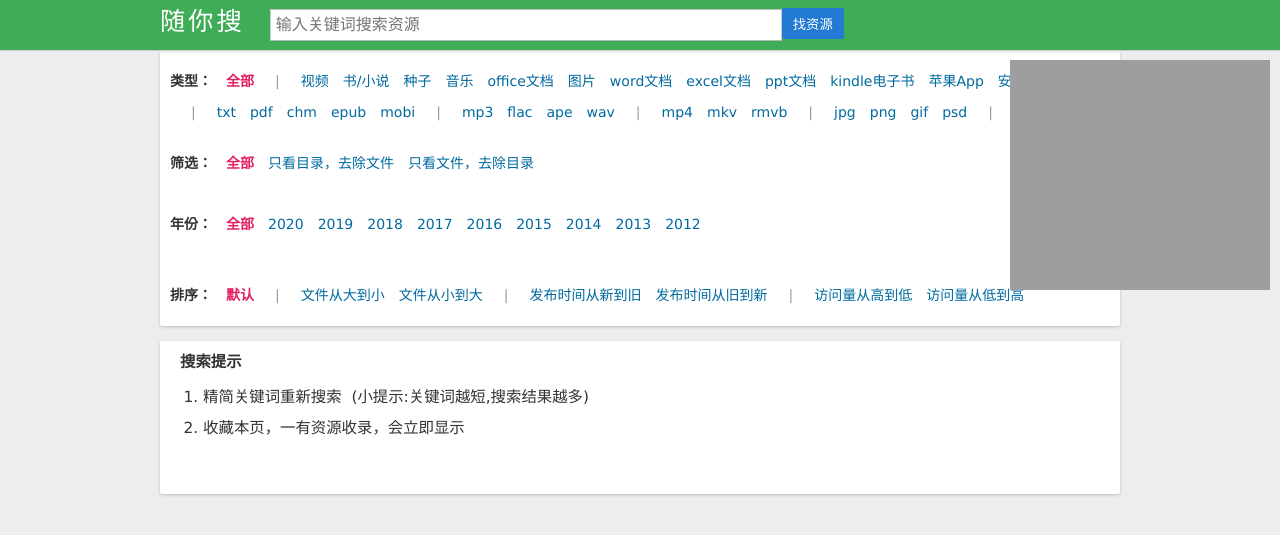
Repository: youngsailsail/nodeStudy
Page: / (app in 爬虫/前端vue/search-book/)
An editor plug-in stored every save of this project. The page is shown before and after the next save, followed by the edit.
The browser window is 1280 px wide. The pictures show the whole page.
Pictures or frames that could not be fetched are drawn as grey boxes. The project was rebuilt for these pictures with package versions that can differ from the ones it lists, and the page was loaded fresh each time. Also part of the build but not shown: 爬虫/前端vue/search-book/vue.config.js.

Above is the page before, as saved 2020-05-09 22:45:44.

### 爬虫/前端vue/search-book/src/App.vue
<template>
  <div id="app">
    <Search />
    <FilterBook />
    <List />
  </div>
</template>

<script>
import Search from "./components/Search.vue";
import FilterBook from "./components/FilterBook.vue";
import List from "./components/List.vue";

export default {
  name: "App",
  components: {
    Search,
    FilterBook,
    List
  }
};
</script>

<style>
@import "./assets/css/screen.css";
@import "./assets/css/app.css";
</style>

### 爬虫/前端vue/search-book/src/assets/css/screen.css
/* reset.css */
html {margin:0;padding:0;border:0;}
body, div, span, object, iframe, h1, h2, h3, h4, h5, h6, p, blockquote, pre, a, abbr, acronym, address, code, del, dfn, em, img, q, dl, dt, dd, ol, ul, li, fieldset, form, label, legend, table, caption, tbody, tfoot, thead, tr, th, td, article, aside, dialog, figure, footer, header, hgroup, nav, section {margin:0;padding:0;border:0;font-size:100%;font:inherit;vertical-align:baseline;}
body {line-height:1.5;background:white;}
table {border-collapse:separate;border-spacing:0;}
caption, th, td {text-align:left;font-weight:normal;float:none !important;}
table, th, td {vertical-align:middle;}
blockquote:before, blockquote:after, q:before, q:after {content:'';}
blockquote, q {quotes:"" "";}
a img {border:none;}
:focus {outline:0;}

/* typography.css */
html {font-size:100.01%;}
body {font-size:75%;color:#222;background:#fff;font-family:"Helvetica Neue", Arial, Helvetica, sans-serif;}
a {color:#336699;text-decoration:none;}
a:focus, a:hover {color:#fff;background-color:#336699;}
h1, h2, h3, h4, h5, h6 {font-weight:normal;color:#111;}
h1 {font-size:3em;line-height:1;margin-bottom:0.5em;}
h2 {font-size:2em;margin-bottom:0.75em;}
h3 {font-size:1.5em;line-height:1;margin-bottom:1em;}
h4 {font-size:1.2em;line-height:1.25;margin-bottom:1.25em;}
h5 {font-size:1em;font-weight:bold;margin-bottom:1.5em;}
h6 {font-size:1em;font-weight:bold;}
h1 img, h2 img, h3 img, h4 img, h5 img, h6 img {margin:0;}
p {margin:0 0 1.5em;}
p .left {margin:1.5em 1.5em 1.5em 0;padding:0;}
p .right {margin:1.5em 0 1.5em 1.5em;padding:0;}
img.left {float:left;margin:1.5em 1.5em 1.5em 0;padding:0;}
img.right {float:right;margin:1.5em 0 1.5em 1.5em;}
blockquote {margin:1.5em;color:#666;font-style:italic;}
strong,dfn {font-weight:bold;}
em, dfn {font-style:italic;}
sup, sub {line-height:0;}
abbr, acronym {border-bottom:1px dotted #666;}
address {margin:0 0 1.5em;font-style:italic;}
del {color:#666;}
pre {margin:1.5em 0;white-space:pre;}
pre, code, tt {font:1em 'andale mono', 'lucida console', monospace;line-height:1.5;}
li ul, li ol {margin:0;}
ul, ol {margin:0;}
ul {list-style-type:disc;}
ol {list-style-type:decimal;}
dl {margin:0 0 1.5em 0;}
dl dt {font-weight:bold;}
dd {margin-left:1.5em;}
table {width:100%;}
th {font-weight:bold;}
thead th {background:#c3d9ff;}
th, td, caption {padding:4px 10px 4px 5px;}
tr.even td {background:#e5ecf9;}
tfoot {font-style:italic;}
caption {background:#eee;}

/* forms.css */
label {font-weight:bold;}
fieldset {padding:0 1.4em 1.4em 1.4em;margin:0 0 1.5em 0;border:1px solid #e0e0e0;}
legend {font-weight:bold;font-size:1.2em;margin-top:-0.2em;margin-bottom:1em;}
fieldset, #IE8#HACK {padding-top:1.4em;}
legend, #IE8#HACK {margin-top:0;margin-bottom:0;}
input[type=text], input[type=password], input[type=url], input[type=email], input.text, input.title, textarea {background-color:#fff;border:1px solid #e0e0e0;color:#000;}
input[type=text]:focus, input[type=password]:focus, input[type=url]:focus, input[type=email]:focus, input.text:focus, input.title:focus, textarea:focus {border-color:#7FB9F8;}
select {background-color:#fff;border-width:1px;border-style:solid;}
input[type=text], input[type=password], input[type=url], input[type=email], input.text, input.title, textarea, select {margin:0.5em 0;}
textarea.text, textarea.title input.text, input.title {width:300px;padding:5px;}
textarea.title, input.title {font-size:1.5em;}
textarea {width:390px;height:250px;padding:5px;}
form.inline {line-height:3;}
form.inline p {margin-bottom:0;}

/* grid.css */
.container {width:990px;margin:0 auto;}
.column, div.span-1, div.span-2, div.span-3, div.span-4, div.span-5, div.span-6, div.span-7, div.span-8, div.span-9, div.span-10, div.span-11, div.span-12, div.span-13, div.span-14, div.span-15, div.span-16, div.span-17, div.span-18, div.span-19, div.span-20, div.span-21, div.span-22, div.span-23, div.span-24 {float:left;}
.last, div.last {margin:0 0 0 10px;}
.span-1 {width:50px;}
.span-2 {width:90px;}
.span-3 {width:130px;}
.span-4 {width:185px;}
.span-5 {width:210px;}
.span-6 {width:260px;}
.span-7 {width:290px;}
.span-8 {width:330px;}
.span-9 {width:370px;}
.span-10 {width:410px;}
.span-11 {width:435px;}
.span-12 {width:480px;}
.span-13 {width:515px;}
.span-14 {width:555px;}
.span-15 {width:595px;}
.span-16 {width:635px;}
.span-17 {width:675px;}
.span-18 {width:720px;}
.span-19 {width:770px;}
.span-20 {width:795px;}
.span-21 {width:835px;}
.span-22 {width:875px;}
.span-23 {width:915px;}
.span-24, div.span-24 {width:990px;margin:0;}
hr {background:#ddd;color:#ddd;clear:both;float:none;width:100%;height:.1em;margin:0 0 1.45em;border:none;}
hr.space {background:#fff;color:#fff;}
.container:after {content:"\0020";display:block;height:0;clear:both;visibility:hidden;overflow:hidden;}
.container {display:block;}

### 爬虫/前端vue/search-book/src/components/Search.vue
<template>
  <div class="top-fix-nav">
    <div class="container no-c-border">
      <span class="name">
        <a href="http://www.rufengso.net/">随你搜</a>
      </span>
      <form style="display:inline" @submit.prevent="submit">
        <input
          placeholder="输入关键词搜索资源"
          autocomplete="off"
          maxlength="255"
          type="text"
          class="title"
          name="n"
          v-model="searchTxt"
        />
        <input type="submit" class="s_btn" value="找资源" />
        <!-- <input type="checkbox" id="close_sug" class="sep-left1" checked="checked" />
        <span class="white small2">关闭搜索提示</span>-->
      </form>
    </div>
  </div>
</template>
<script>
import { mapActions } from "vuex";
export default {
  data() {
    return {
      searchTxt: ""
    };
  },
  methods: {
    ...mapActions(["getListData"]),
    submit(e) {
      if (!this.searchTxt) {
        alert("请先输入资源名称");
        return;
      }
      const query = {
        n: this.searchTxt,
        isSearch: true
      };
      this.getListData(query);
    }
  }
};
</script>

### 爬虫/前端vue/search-book/src/components/FilterBook.vue
<template>
  <div class="container sep15-">
    <div class="iframe">
      <iframe height="230" width="260" src="https://www.ximalaya.com/thirdparty/player/album/player.html?id=34013148&type=red" frameborder=0 allowfullscreen></iframe>
    </div>
    <div class="search-toolbox">
      <div class="sep sep1">
        <b>类型：</b>
        <a class="on sep1 isAll" rel="nofollow" data="f-">全部</a>
        <span class="sep">|</span>
        <a rel="nofollow" data="f-f4" title="搜索文件类型：mp4 mkv rmvb avi flv vob mpg">视频</a>
        <a rel="nofollow" data="f-f2" title="搜索文件类型：txt pdf chm rtf epub mobi azw azw3 kfx">书/小说</a>
        <a rel="nofollow" data="f-f5" title="搜索文件类型：torrent">种子</a>
        <a rel="nofollow" data="f-f3" title="搜索文件类型：mp3 flac ape wav">音乐</a>
        <a rel="nofollow" data="f-f1" title="搜索文件类型：doc docx xls xlsx ppt pptx wps">office文档</a>
        <a rel="nofollow" data="f-f6" title="搜索文件类型：jpg jpeg png gif bmp">图片</a>
        <a rel="nofollow" data="f-f7" title="搜索文件类型：doc docx">word文档</a>
        <a rel="nofollow" data="f-f8" title="搜索文件类型：xls xlsx">excel文档</a>
        <a rel="nofollow" data="f-f9" title="搜索文件类型：ppt pptx">ppt文档</a>
        <a rel="nofollow" data="f-f10" title="搜索文件类型：mobi azw azw3 kfx">kindle电子书</a>
        <a rel="nofollow" data="f-f11" title="搜索文件类型：ipa">苹果App</a>
        <a rel="nofollow" data="f-f12" title="搜索文件类型：apk">安卓App</a>
        <a rel="nofollow" data="f-f13" title="搜索文件类型：zip rar 7z gzip tar gz bz2">压缩包</a>
        <span class="sep">|</span>
        <a rel="nofollow" data="f-txt">txt</a>
        <a rel="nofollow" data="f-pdf">pdf</a>
        <a rel="nofollow" data="f-chm">chm</a>
        <a rel="nofollow" data="f-epub">epub</a>
        <a rel="nofollow" data="f-mobi">mobi</a>
        <span class="sep">|</span>
        <a rel="nofollow" data="f-mp3">mp3</a>
        <a rel="nofollow" data="f-flac">flac</a>
        <a rel="nofollow" data="f-ape">ape</a>
        <a rel="nofollow" data="f-wav">wav</a>
        <span class="sep">|</span>
        <a rel="nofollow" data="f-mp4">mp4</a>
        <a rel="nofollow" data="f-mkv">mkv</a>
        <a rel="nofollow" data="f-rmvb">rmvb</a>
        <span class="sep">|</span>
        <a rel="nofollow" data="f-jpg">jpg</a>
        <a rel="nofollow" data="f-png">png</a>
        <a rel="nofollow" data="f-gif">gif</a>
        <a rel="nofollow" data="f-psd">psd</a>
        <span class="sep">|</span>
        <a rel="nofollow" data="f-rar">rar</a>
        <a rel="nofollow" data="f-zip">zip</a>
        <a rel="nofollow" data="f-7z">7z</a>
      </div>
      <div class="sep sep2">
        <b>筛选：</b>
        <a class="on sep2 isAll" rel="nofollow" data="nd-">全部</a>
        <a rel="nofollow" data="nd-d">只看目录，去除文件</a>
        <a rel="nofollow" data="nd-f">只看文件，去除目录</a>
      </div>
      <div class="sep sep3">
        <b>年份：</b>
        <a class="on sep3 isAll" rel="nofollow" data="y-" title="只看全部年分享的资源">全部</a>
        <a rel="nofollow" data="y-2020" title="只看2020年分享的资源">2020</a>
        <a rel="nofollow" data="y-2019" title="只看2019年分享的资源">2019</a>
        <a rel="nofollow" data="y-2018" title="只看2018年分享的资源">2018</a>
        <a rel="nofollow" data="y-2017" title="只看2017年分享的资源">2017</a>
        <a rel="nofollow" data="y-2016" title="只看2016年分享的资源">2016</a>
        <a rel="nofollow" data="y-2015" title="只看2015年分享的资源">2015</a>
        <a rel="nofollow" data="y-2014" title="只看2014年分享的资源">2014</a>
        <a rel="nofollow" data="y-2013" title="只看2013年分享的资源">2013</a>
        <a rel="nofollow" data="y-2012" title="只看2012年分享的资源">2012</a>
      </div>
      <div class="sep sep4">
        <b>排序：</b>
        <a class="on sep4 isAll" rel="nofollow" data="s-" isAll>默认</a>
        <span class="sep">|</span>
        <a rel="nofollow" data="s-size1">文件从大到小</a>
        <a rel="nofollow" data="s-size2">文件从小到大</a>
        <span class="sep">|</span>
        <a rel="nofollow" data="s-feedtime1">发布时间从新到旧</a>
        <a rel="nofollow" data="s-feedtime2">发布时间从旧到新</a>
        <span class="sep">|</span>
        <a rel="nofollow" data="s-vcnt1">访问量从高到低</a>
        <a rel="nofollow" data="s-vcnt2">访问量从低到高</a>
      </div>
    </div>
  </div>
</template>
<script>
import { mapState, mapActions, mapMutations } from "vuex";
export default {
  data() {
    return {
      queryObj: {}
    };
  },
  computed: {
    ...mapState(["listData"])
  },
  mounted() {
    let that = this;
    document.querySelectorAll(".search-toolbox a").forEach(element => {
      element.addEventListener("click", function() {
        let parentClass = this.parentNode.classList[1];
        let selectClass = `.on.${parentClass}`;
        if (document.querySelector(selectClass)) {
          document
            .querySelector(selectClass)
            .classList.remove("on", parentClass);
        }
        this.classList.add("on", parentClass);
        let [key, val] = this.getAttribute("data").split("-");
        that.queryObj = {
          ...that.queryObj,
          [key]: val
        };
        that.getData();
      });
    });
  },
  watch: {
    listData(newVal, oldVal) {
      if (!newVal) return;
      const { isSearch } = newVal;
      if (isSearch) {
        this.queryObj = {};
        this.setQueryObj({});
        this.$forceUpdate();
        document.querySelectorAll("a.on").forEach(element => {
          let parentClass = element.parentNode.classList[1];
          element.classList.remove("on", parentClass);
        });
        document.querySelectorAll("a.isAll").forEach(element => {
          let parentClass = element.parentNode.classList[1];
          element.classList.add("on", parentClass);
        });
      }
    }
  },
  methods: {
    ...mapActions(["getListData"]),
    ...mapMutations(["setQueryObj"]),
    getData() {
      let query = {
        n: this.listData.bookName,
        isFilter: true,
        ...this.queryObj
      };
      this.setQueryObj(query);
      if (!this.listData.bookName) return;
      this.getListData(query);
    }
  }
};
</script>
<style lang="scss" scoped>
.container {
  position: relative;
}
.iframe {
  position: fixed;
  right: 10px;
  top: 60px;
}
.container {
  padding-top: 51px;
}
.search-toolbox a {
  cursor: pointer;
  text-decoration: none;
}
</style>

### 爬虫/前端vue/search-book/src/components/List.vue
<template>
  <div class="container" v-if="listData">
    <div class="search-page">
      <div v-if="listData.bookName">
        随你搜为您找到
        <h1 class="inline">
          <span class="red sep-both05 bold">{{listData.bookName}}</span>相关的网盘资源
        </h1>
        <span class="red sep-both05 bold">{{listData.count}}</span>条
      </div>
      <div class="row" style="background-color: white;" v-for="(item,index) in listData.list" :key="index">
        <h3>
          <a @click="toDetail(item)" :title="item.title" @click.prevent="getSource(item)" class="box-title">
            <span class="highlight">{{item.title}}</span>
          </a>
        </h3>
        <p>
          <img :title="item.type" width="16" height="16" :src="item.src" />&nbsp;&nbsp;
          <span class="size">{{item.size}}</span>
          <span class="small">由{{item.author}} &nbsp; ---- &nbsp;于{{item.date}}发布</span>
        </p>
      </div>
      <div class="page-list" v-if="listData.bookName && listData.count">
        <button title="上一页" :disabled="currentPage==1" @click.prevent="toGetData(currentPage-1)">上一页</button>
        <span class="current">&nbsp;&nbsp;第{{currentPage}}页&nbsp;&nbsp;</span>
        <button title="下一页" :disabled="currentPage==pageCount" @click.prevent="toGetData(currentPage+1)">下一页</button>&nbsp;
        <a v-show="pageCount>1&&currentPage<pageCount" title="尾页" @click.prevent="toGetData(pageCount)">尾页</a>
        <a v-show="pageCount>1&&currentPage==pageCount" title="首页" @click.prevent="toGetData(1)">首页</a>
        <br />跳页&nbsp;
        <input name="custompage" class="custompage" title="输入页码，按回车快速跳转" type="number" v-model.trim="size" @keydown.enter="toGetData(size)" :max="pageCount" :min="1" /> &nbsp;/{{pageCount}}页&nbsp;&nbsp;
        <span class="pcount">共{{pageCount}}页&nbsp;&nbsp;</span>
        <span class="total">{{listData.count}}项&nbsp;&nbsp;</span>&nbsp;&nbsp;
        <span v-if="size>pageCount" class="highlight">输入值最大为{{pageCount}}</span>
      </div>
      <div class="search-page" v-else>
        <div class="sep large" style="padding-top:10px">
          <b>搜索提示</b>
          <ol>
            <li>精简关键词重新搜索&nbsp;&nbsp;(小提示:关键词越短,搜索结果越多)</li>
            <li>收藏本页，一有资源收录，会立即显示</li>
          </ol>
        </div>
        <br class="bothall" />
      </div>
    </div>
    <div style="margin-top:30px"></div>
  </div>
</template>
<script>
import { mapState, mapActions } from "vuex";
export default {
  data() {
    return {
      currentPage: 1,
      size: 1,
      source: null
    };
  },
  computed: {
    ...mapState(["listData", "queryObj"]),
    pageCount() {
      return Math.ceil(this.listData.count / 30);
    }
  },
  methods: {
    ...mapActions(["getListData"]),
    toGetData(index) {
      if (index > this.pageCount) {
        return;
      }
      this.currentPage = index;
      if (!this.listData.bookName) return;
      const query = {
        ...this.queryObj,
        n: this.listData.bookName,
        pageIndex: index,
        isFilter: false
      };
      this.getListData(query);
    },
    async toDetail(item) {
      let { url } = await this.$api.get("/getBookUrl", {
        params: {
          href: item.href
        }
      });
      var arg =
        '\u003cscript\u003elocation.replace("' + url + '")\u003c/script\u003e';
      window.open("javascript:window.name;", arg);
    }
    // cancel() {
    //   this.source.cancel("这里你可以输出一些信息，可以在catch中拿到");
    // }
  },
  watch: {
    listData(newVal, oldVal) {
      if (!newVal) return;
      const { isFilter, isSearch } = newVal;
      if (isFilter || isSearch) {
        this.currentPage = 1;
        this.size = 1;
      }
    }
  }
};
</script>
<style lang="scss" scoped>
.activeBtn {
  background-color: #227ad3;
  color: white;
}
.page-list {
  a {
    text-decoration: none;
    cursor: pointer;
  }
}
.custompage {
  padding-left: 5px;
  width: 50px;
  text-align: center;
}
.small {
  margin-left: 20px;
}
.box-title {
  cursor: pointer;
  width: 80%;
  display: inline-block;
  overflow: hidden; //超出的文本隐藏
  text-overflow: ellipsis; //溢出用省略号显示
  white-space: nowrap;
}
</style>

Loaded but not shown: 爬虫/前端vue/search-book/public/index.html (common file); 爬虫/前端vue/search-book/src/util/http.js (53 lines, source omitted); 爬虫/前端vue/search-book/src/store/index.js (39 lines, source omitted); 爬虫/前端vue/search-book/src/main.js (11 lines, source omitted); 爬虫/前端vue/search-book/src/assets/css/app.css (1467 lines, source omitted)

After the next save:
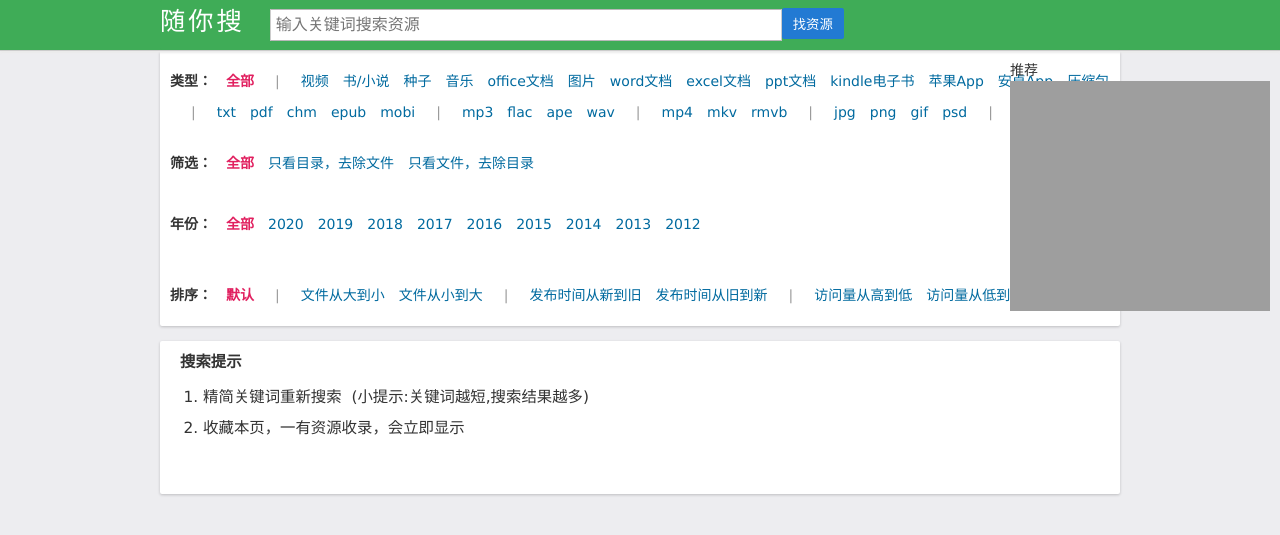
Saved 92 s later.
--- a/爬虫/前端vue/search-book/src/components/FilterBook.vue
+++ b/爬虫/前端vue/search-book/src/components/FilterBook.vue
@@ -1,6 +1,7 @@
 <template>
   <div class="container sep15-">
     <div class="iframe">
+      <div>推荐</div>
       <iframe height="230" width="260" src="https://www.ximalaya.com/thirdparty/player/album/player.html?id=34013148&type=red" frameborder=0 allowfullscreen></iframe>
     </div>
     <div class="search-toolbox">
